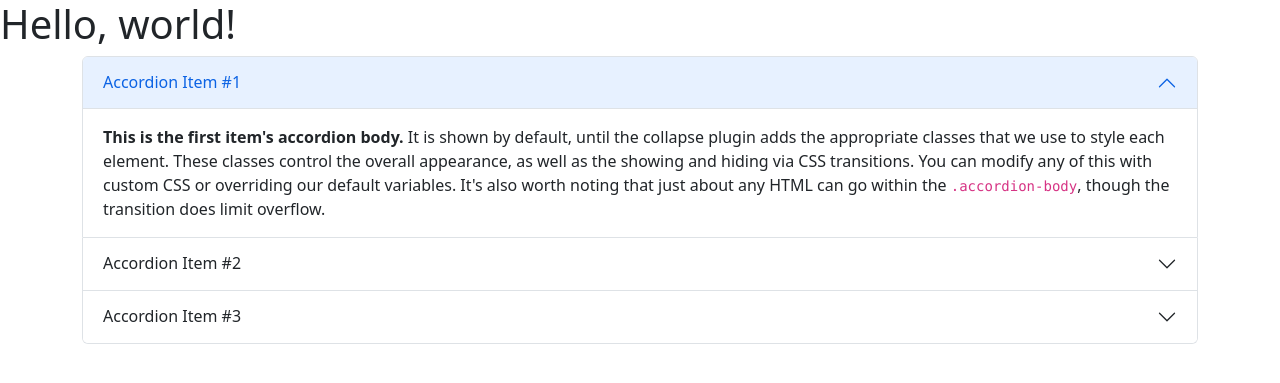
Repository: 0910th/portfolio
Page: index.html
These files come from the project's save history. The page is drawn as it stood at one moment and after the next save; the edit follows.
The browser window is 1280 px wide. The pictures show the whole page.

Above is the page before, as saved 2022-12-07 13:07:24.

### index.html
<!doctype html>
<html lang="en">

<head>
    <meta charset="utf-8">
    <meta name="viewport" content="width=device-width, initial-scale=1">
    <title>Saranya Portfolio</title>

    <link href="./css/bootstrap.min.css" rel="stylesheet" crossorigin="anonymous">
</head>

<body>
    <h1>Hello, world!</h1>
    <div class="container">
        <!-- Content here -->
        <div class="accordion" id="accordionExample">
            <div class="accordion-item">




                <h2 class="accordion-header" id="headingOne">
                    <button class="accordion-button" type="button" data-bs-toggle="collapse" data-bs-target="#collapseOne"
                        aria-expanded="true" aria-controls="collapseOne">
                        Accordion Item #1
                    </button>
                </h2>
                <div id="collapseOne" class="accordion-collapse collapse show" aria-labelledby="headingOne"
                    data-bs-parent="#accordionExample">
                    <div class="accordion-body">
                        <strong>This is the first item's accordion body.</strong> It is shown by default, until the collapse
                        plugin adds the appropriate classes that we use to style each element. These classes control the overall
                        appearance, as well as the showing and hiding via CSS transitions. You can modify any of this with
                        custom CSS or overriding our default variables. It's also worth noting that just about any HTML can go
                        within the <code>.accordion-body</code>, though the transition does limit overflow.
                    </div>
                </div>
            </div>
            <div class="accordion-item">
                <h2 class="accordion-header" id="headingTwo">
                    <button class="accordion-button collapsed" type="button" data-bs-toggle="collapse"
                        data-bs-target="#collapseTwo" aria-expanded="false" aria-controls="collapseTwo">
                        Accordion Item #2
                    </button>
                </h2>
                <div id="collapseTwo" class="accordion-collapse collapse" aria-labelledby="headingTwo"
                    data-bs-parent="#accordionExample">
                    <div class="accordion-body">
                        <strong>This is the second item's accordion body.</strong> It is hidden by default, until the collapse
                        plugin adds the appropriate classes that we use to style each element. These classes control the overall
                        appearance, as well as the showing and hiding via CSS transitions. You can modify any of this with
                        custom CSS or overriding our default variables. It's also worth noting that just about any HTML can go
                        within the <code>.accordion-body</code>, though the transition does limit overflow.
                    </div>
                </div>
            </div>
            <div class="accordion-item">
                <h2 class="accordion-header" id="headingThree">
                    <button class="accordion-button collapsed" type="button" data-bs-toggle="collapse"
                        data-bs-target="#collapseThree" aria-expanded="false" aria-controls="collapseThree">
                        Accordion Item #3
                    </button>
                </h2>
                <div id="collapseThree" class="accordion-collapse collapse" aria-labelledby="headingThree"
                    data-bs-parent="#accordionExample">
                    <div class="accordion-body">
                        <strong>This is the third item's accordion body.</strong> It is hidden by default, until the collapse
                        plugin adds the appropriate classes that we use to style each element. These classes control the overall
                        appearance, as well as the showing and hiding via CSS transitions. You can modify any of this with
                        custom CSS or overriding our default variables. It's also worth noting that just about any HTML can go
                        within the <code>.accordion-body</code>, though the transition does limit overflow.
                    </div>
                </div>
            </div>
        </div>
    </div>




    <!-- script -->
    <script src="https://cdn.jsdelivr.net/npm/@popperjs/core@2.11.6/dist/umd/popper.min.js"
        integrity="sha384-oBqDVmMz9ATKxIep9tiCxS/Z9fNfEXiDAYTujMAeBAsjFuCZSmKbSSUnQlmh/jp3"
        crossorigin="anonymous"></script>
    <script src="https://cdn.jsdelivr.net/npm/bootstrap@5.2.3/dist/js/bootstrap.min.js"
        integrity="sha384-cuYeSxntonz0PPNlHhBs68uyIAVpIIOZZ5JqeqvYYIcEL727kskC66kF92t6Xl2V"
        crossorigin="anonymous"></script>
</body>

</html>

Loaded but not shown: css/bootstrap.min.css (library)

After the next save:
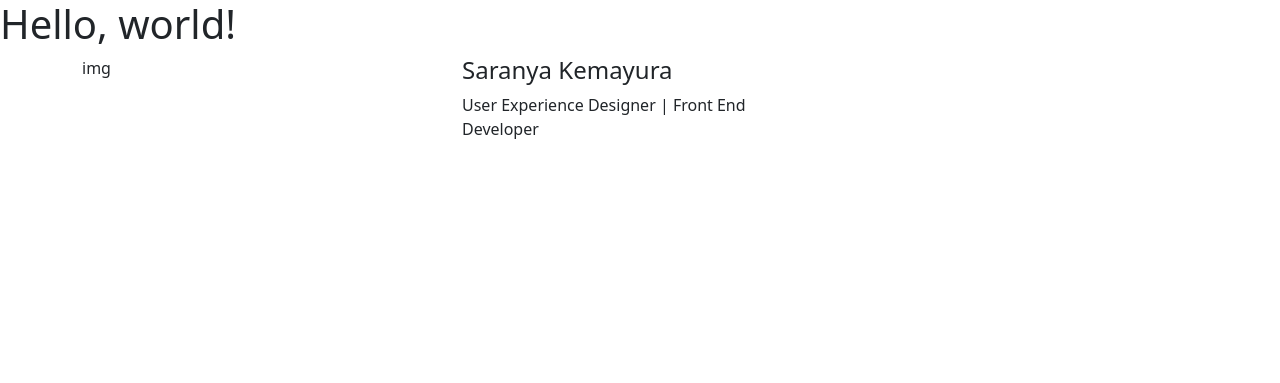
Saved 24 min 31 s later.
--- a/index.html
+++ b/index.html
@@ -13,66 +13,18 @@
     <h1>Hello, world!</h1>
     <div class="container">
         <!-- Content here -->
-        <div class="accordion" id="accordionExample">
-            <div class="accordion-item">
+        <!-- section01 Name  -->
+        <div class="row justify-content-start">
+            <div class="col-4">
+                img
+            </div>
+            <div class="col-4">
+                <h4>Saranya Kemayura</h4>
+                <p>User Experience Designer | Front End Developer</p>
+            </div>
+        </div>
 
 
-
-
-                <h2 class="accordion-header" id="headingOne">
-                    <button class="accordion-button" type="button" data-bs-toggle="collapse" data-bs-target="#collapseOne"
-                        aria-expanded="true" aria-controls="collapseOne">
-                        Accordion Item #1
-                    </button>
-                </h2>
-                <div id="collapseOne" class="accordion-collapse collapse show" aria-labelledby="headingOne"
-                    data-bs-parent="#accordionExample">
-                    <div class="accordion-body">
-                        <strong>This is the first item's accordion body.</strong> It is shown by default, until the collapse
-                        plugin adds the appropriate classes that we use to style each element. These classes control the overall
-                        appearance, as well as the showing and hiding via CSS transitions. You can modify any of this with
-                        custom CSS or overriding our default variables. It's also worth noting that just about any HTML can go
-                        within the <code>.accordion-body</code>, though the transition does limit overflow.
-                    </div>
-                </div>
-            </div>
-            <div class="accordion-item">
-                <h2 class="accordion-header" id="headingTwo">
-                    <button class="accordion-button collapsed" type="button" data-bs-toggle="collapse"
-                        data-bs-target="#collapseTwo" aria-expanded="false" aria-controls="collapseTwo">
-                        Accordion Item #2
-                    </button>
-                </h2>
-                <div id="collapseTwo" class="accordion-collapse collapse" aria-labelledby="headingTwo"
-                    data-bs-parent="#accordionExample">
-                    <div class="accordion-body">
-                        <strong>This is the second item's accordion body.</strong> It is hidden by default, until the collapse
-                        plugin adds the appropriate classes that we use to style each element. These classes control the overall
-                        appearance, as well as the showing and hiding via CSS transitions. You can modify any of this with
-                        custom CSS or overriding our default variables. It's also worth noting that just about any HTML can go
-                        within the <code>.accordion-body</code>, though the transition does limit overflow.
-                    </div>
-                </div>
-            </div>
-            <div class="accordion-item">
-                <h2 class="accordion-header" id="headingThree">
-                    <button class="accordion-button collapsed" type="button" data-bs-toggle="collapse"
-                        data-bs-target="#collapseThree" aria-expanded="false" aria-controls="collapseThree">
-                        Accordion Item #3
-                    </button>
-                </h2>
-                <div id="collapseThree" class="accordion-collapse collapse" aria-labelledby="headingThree"
-                    data-bs-parent="#accordionExample">
-                    <div class="accordion-body">
-                        <strong>This is the third item's accordion body.</strong> It is hidden by default, until the collapse
-                        plugin adds the appropriate classes that we use to style each element. These classes control the overall
-                        appearance, as well as the showing and hiding via CSS transitions. You can modify any of this with
-                        custom CSS or overriding our default variables. It's also worth noting that just about any HTML can go
-                        within the <code>.accordion-body</code>, though the transition does limit overflow.
-                    </div>
-                </div>
-            </div>
-        </div>
     </div>
 
 
